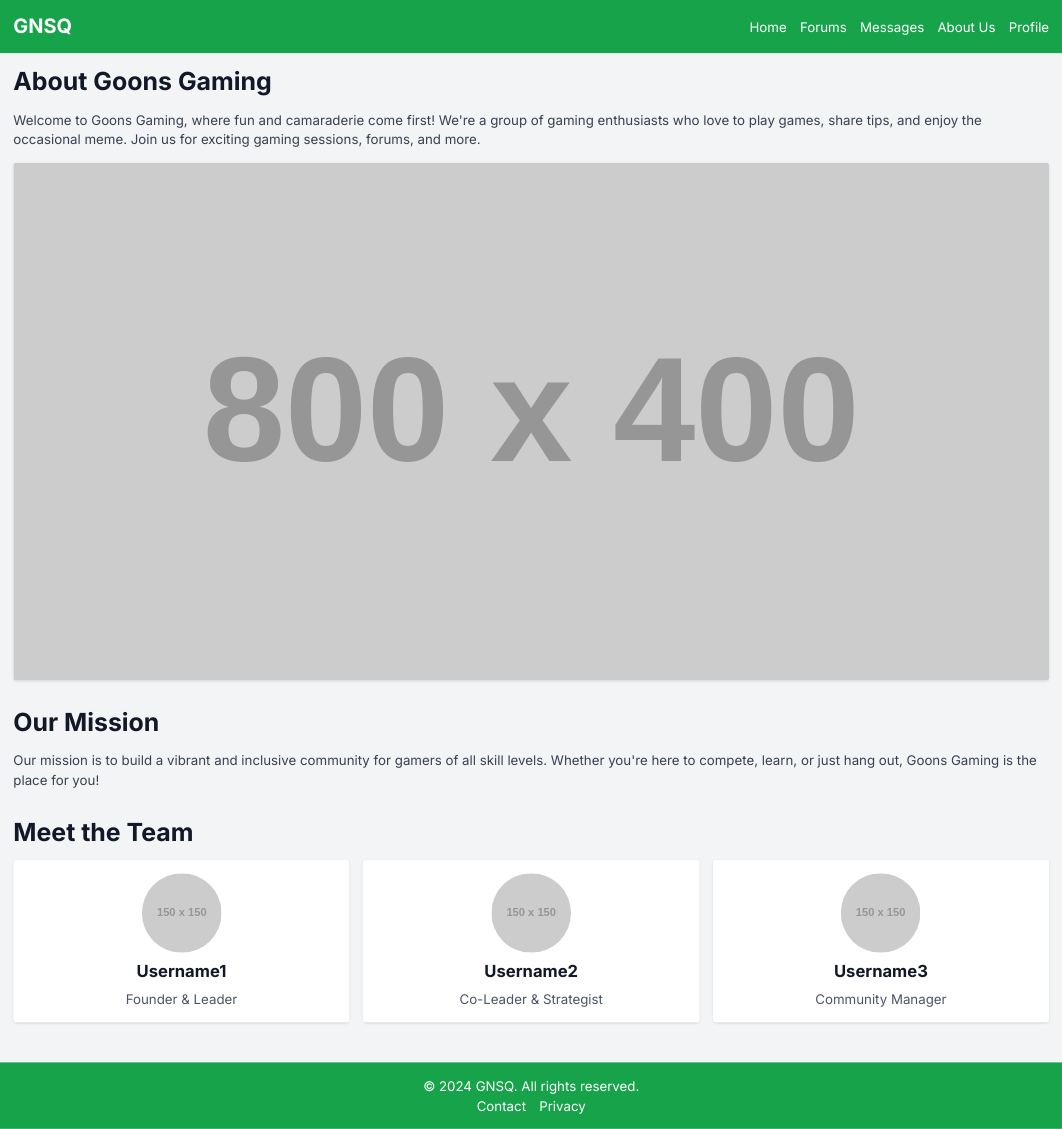
Repository: x9751/test.gnsq.org
Page: /about
An editor plug-in stored every save of this project. The page is shown before and after the next save, followed by the edit.
The browser window is 1280 px wide. The pictures show the whole page, at 83% of full size.
The project was rebuilt for these pictures with package versions that can differ from the ones it lists, and the page was loaded fresh each time. The framework's server and built-in components were replaced by stand-ins that run in the browser. Also part of the build but not shown: next.config.mjs.

Above is the page before, as saved 2024-07-05 17:31:06.

After the next save:
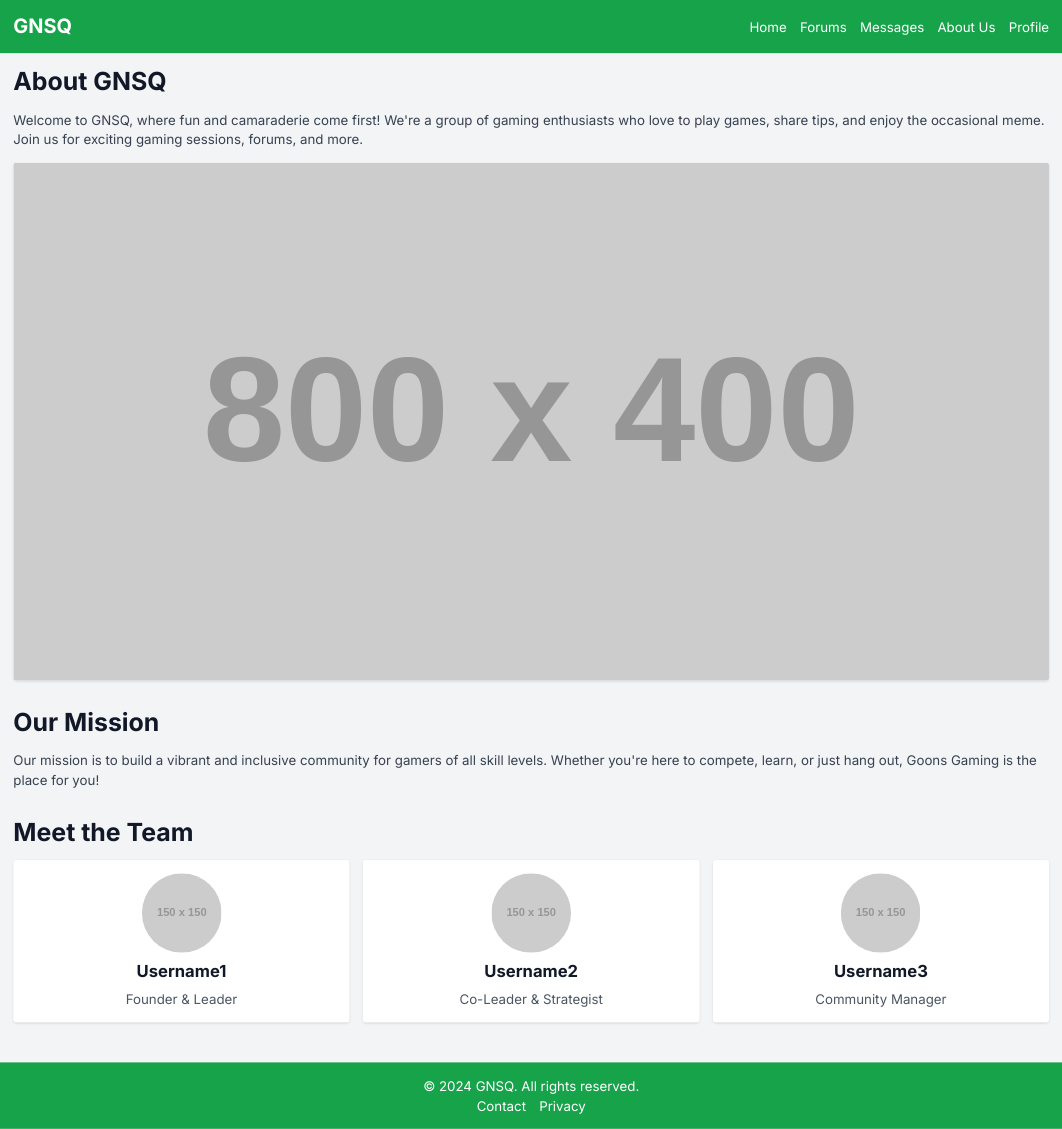
Saved 44 s later.
--- a/src/app/about/page.tsx
+++ b/src/app/about/page.tsx
@@ -26,9 +26,9 @@
 			<Header />
 			<div className="container mx-auto p-4">
 				<section className="mb-8">
-					<h2 className="text-3xl font-bold mb-4">About Goons Gaming</h2>
+					<h2 className="text-3xl font-bold mb-4">About GNSQ</h2>
 					<p className="text-gray-700 mb-4">
-						Welcome to Goons Gaming, where fun and camaraderie come first! We're
+						Welcome to GNSQ, where fun and camaraderie come first! We're
 						a group of gaming enthusiasts who love to play games, share tips,
 						and enjoy the occasional meme. Join us for exciting gaming sessions,
 						forums, and more.
